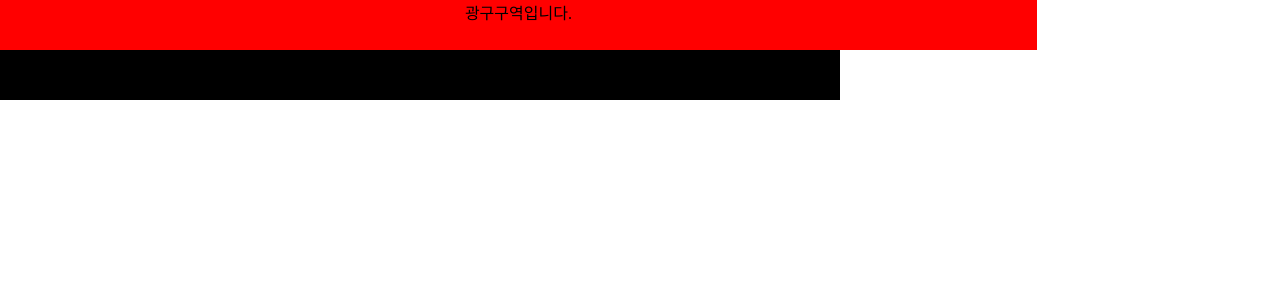
Repository: leehyeonung/myproject
Page: http://localhost/myproject/
The author's editor kept a copy of each file at every save. The page is drawn from the files as they stood at one save, then again after the next save.
The browser window is 1280 px wide. The pictures show the whole page.
The page is served by Tomcat 9.

Above is the page before, as saved 2023-03-15 12:27:47.

After the next save:
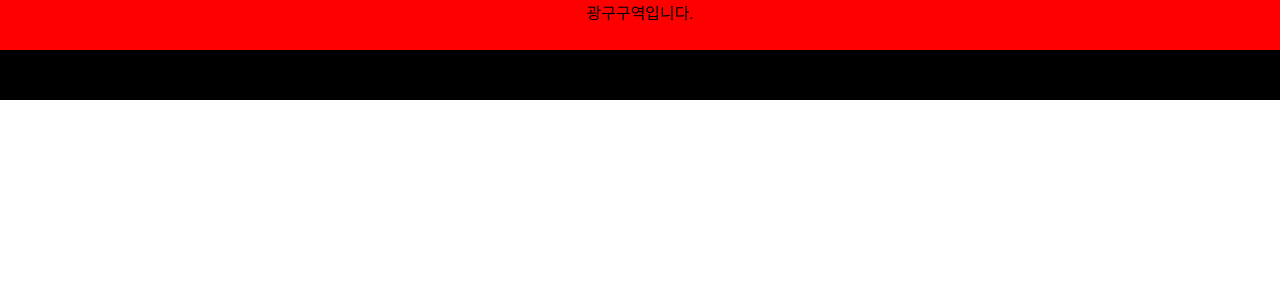
Saved 119 s later.
--- a/myproject/src/main/webapp/resources/css/header.css
+++ b/myproject/src/main/webapp/resources/css/header.css
@@ -1,5 +1,4 @@
 *{
-	width:90%;
 	text-align:center;
 	margin: 0px;
 	padding: 0px;
